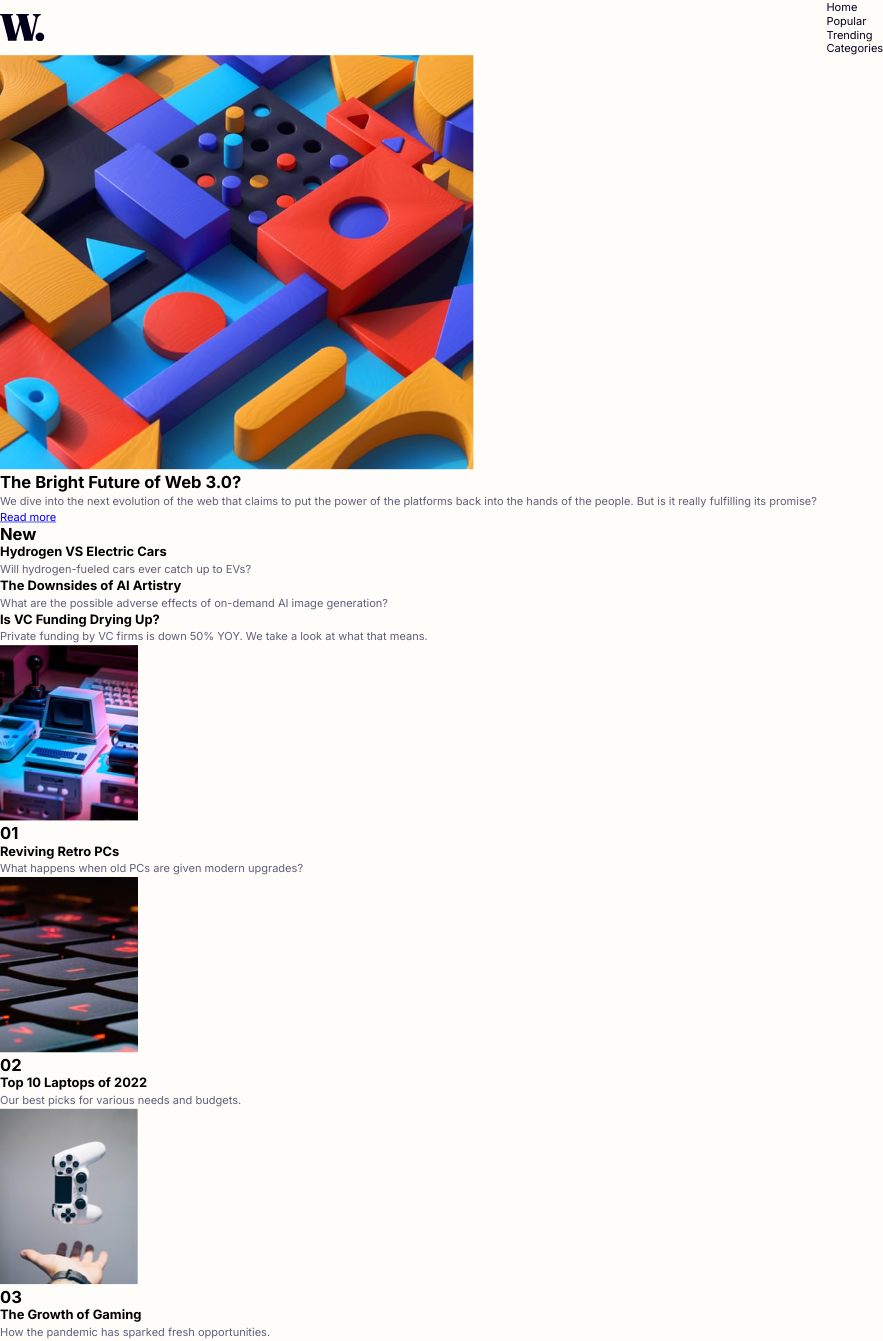
Repository: Arkitecth/news-webpage
Page: index.html
These files come from the project's save history. The page is drawn as it stood at one moment and after the next save; the edit follows.
The browser window is 1280 px wide. The pictures show the whole page, at 69% of full size.

Above is the page before, as saved 2023-06-07 19:42:10.

After the next save:
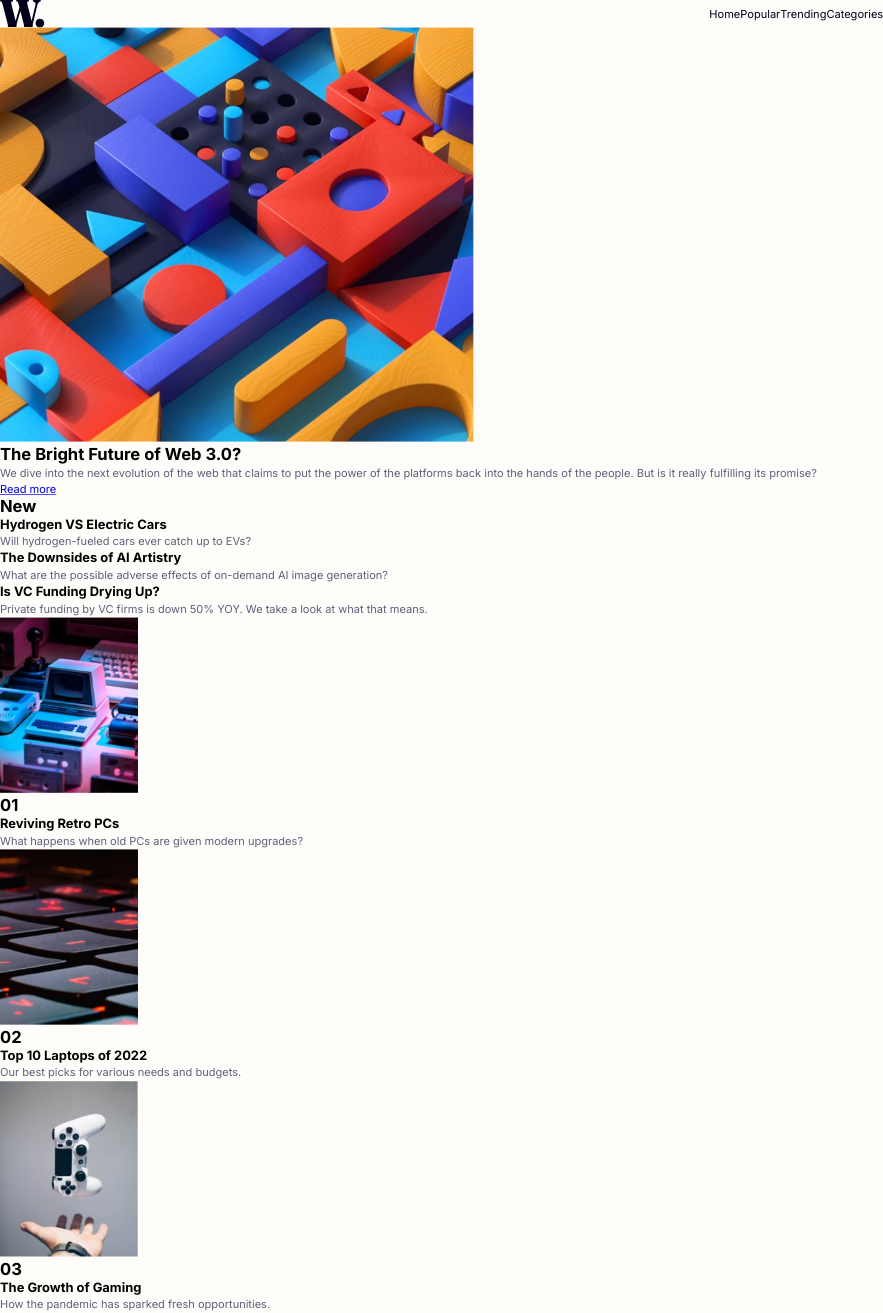
Saved 9 s later.
--- a/style.css
+++ b/style.css
@@ -47,5 +47,7 @@
 
 .menu-items li  {
     list-style-type: none;
+}
+.menu-items {
     display: flex;
 }
